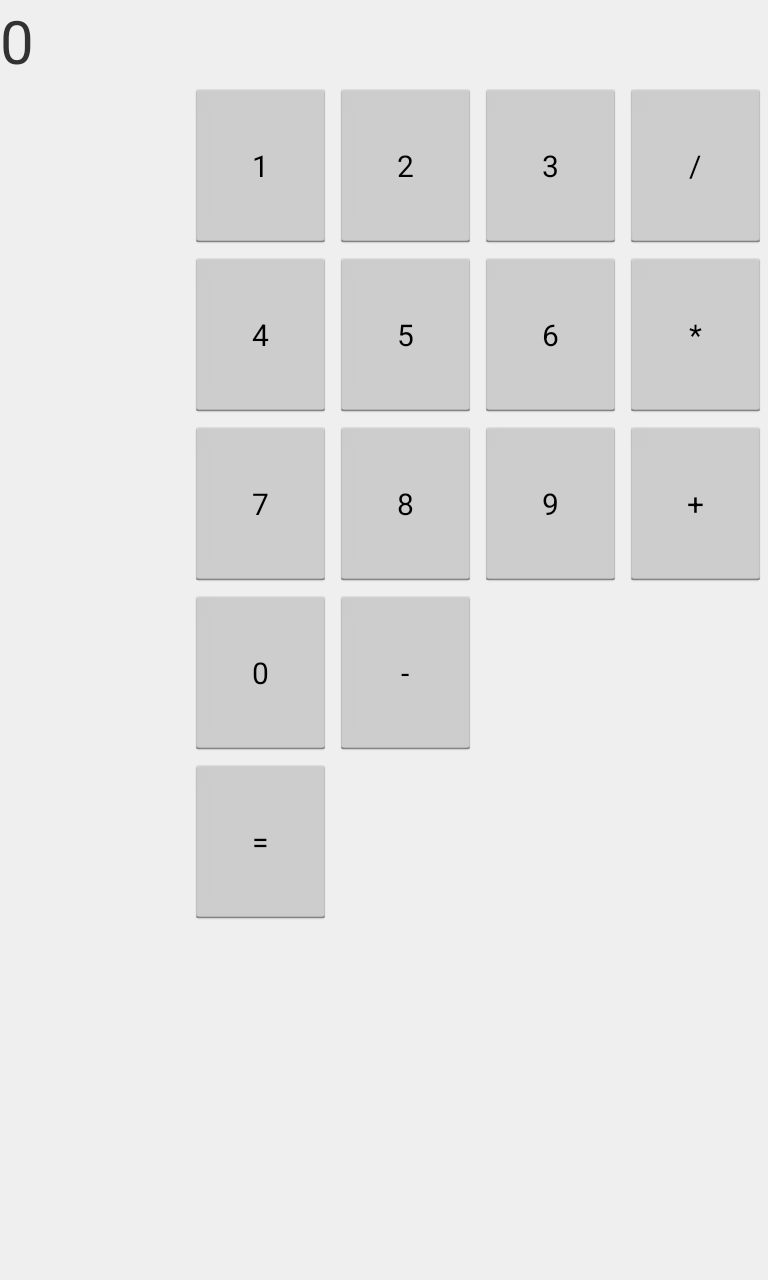
Repository: mariofer82/Calculadora
Layout: Aplicacion1/res/layout/activity_main.xml
An editor plug-in stored every save of this project. The layout is shown before and after the next save, followed by the edit.
It is drawn on a 768 x 1280 px phone screen (xhdpi) without system bars, with theme AppTheme; the app's code is not run.

Above is the layout before, as saved 2013-08-23 17:13:11.

### Aplicacion1/res/layout/activity_main.xml
<LinearLayout xmlns:android="http://schemas.android.com/apk/res/android"
android:orientation="vertical"
android:layout_width="fill_parent"
android:layout_height="fill_parent"
android:background="#1111"
>

<TextView
android:id="@+id/Resultado"
android:textSize="30sp"
android:layout_width="fill_parent"
android:layout_height="wrap_content"
android:text="0"
/>

<TableLayout xmlns:android="http://schemas.android.com/apk/res/android"
android:layout_width="fill_parent"
android:layout_height="fill_parent"
android:stretchColumns="1"
>
<TableRow>
<Button
android:layout_column="4"
android:id="@+id/Boton1"
android:layout_width="wrap_content"
android:layout_height="wrap_content"
android:text="1"
android:textSize="15dp"
android:padding="32dp"
>
</Button>
<Button
android:layout_column="4"
android:id="@+id/Boton2"
android:layout_width="wrap_content"
android:layout_height="wrap_content"
android:text="2"
android:textSize="15dp"
android:padding="32dp"
>


</Button>
<Button
android:layout_column="4"
android:id="@+id/Boton3"
android:layout_width="wrap_content"
android:layout_height="wrap_content"
android:text="3"
android:textSize="15dp"
android:padding="32dp"

>

</Button>
<Button
android:layout_column="4"
android:id="@+id/Botondiv"
android:layout_width="wrap_content"
android:layout_height="wrap_content"
android:text="/"
android:textSize="15dp"
android:padding="32dp"
>

</Button>
</TableRow>
<TableRow>
<Button
android:layout_column="4"
android:id="@+id/Boton4"
android:layout_width="wrap_content"
android:layout_height="wrap_content"
android:text="4"
android:textSize="15dp"
android:padding="32dp"

>

</Button>
<Button
android:layout_column="4"
android:id="@+id/Boton5"
android:layout_width="wrap_content"
android:layout_height="wrap_content"
android:text="5"
android:textSize="15dp"
android:padding="32dp"

>

</Button>
<Button
android:layout_column="4"
android:id="@+id/Boton6"
android:layout_width="wrap_content"
android:layout_height="wrap_content"
android:text="6"
android:textSize="15dp"
android:padding="32dp"

>

</Button>
<Button
android:layout_column="4"
android:id="@+id/Botonmulti"
android:layout_width="wrap_content"
android:layout_height="wrap_content"
android:text="*"
android:textSize="15dp"
android:padding="32dp"

>

</Button>
</TableRow>
<TableRow>
<Button
android:layout_column="4"
android:id="@+id/Boton7"
android:layout_width="wrap_content"
android:layout_height="wrap_content"
android:text="7"

android:textSize="15dp"
android:padding="32dp"
>

</Button>

<Button
android:layout_column="4"
android:id="@+id/Boton8"
android:layout_width="wrap_content"
android:layout_height="wrap_content"
android:text="8"
android:textSize="15dp"
android:padding="32dp"

>

</Button>
<Button
android:layout_column="4"
android:id="@+id/Boton9"
android:layout_width="wrap_content"
android:layout_height="wrap_content"
android:text="9"
android:textSize="15dp"
android:padding="32dp"

>

</Button>
<Button
android:layout_column="4"
android:id="@+id/Botonsuma"
android:layout_width="wrap_content"
android:layout_height="wrap_content"
android:text="+"
android:textSize="15dp"
android:padding="32dp"
>

</Button>
</TableRow>
<TableRow>
<Button
android:layout_column="4"
android:id="@+id/Boton0"
android:layout_width="wrap_content"
android:layout_height="wrap_content"
android:text="0"
android:textSize="15dp"
android:padding="32dp"
>

</Button>

<Button
android:layout_column="4"
android:id="@+id/Botonresta"
android:layout_width="wrap_content"
android:layout_height="wrap_content"
android:text="-"
android:textSize="15dp"
android:padding="32dp"
>

</Button>

</TableRow>


<TableRow>


<Button
android:layout_column="4"
android:id="@+id/Botonigual"
android:layout_width="wrap_content"
android:layout_height="wrap_content"
android:text="="
android:textSize="15dp"
android:padding="32dp"
>

</Button>


</TableRow>
</TableLayout>
</LinearLayout>

Loaded but not shown: Aplicacion1/res/values/styles.xml (common file); Aplicacion1/res/values-v11/styles.xml (common file); Aplicacion1/res/values-v14/styles.xml (common file)

After the next save:
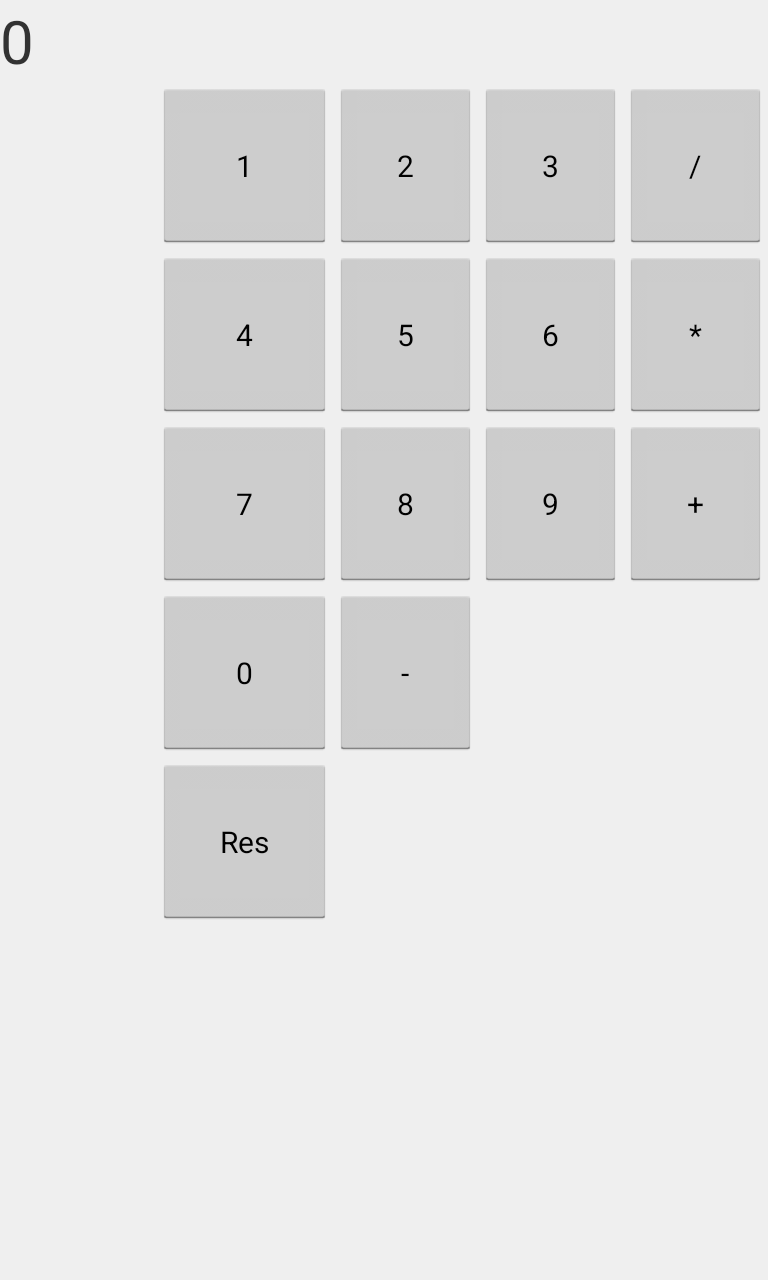
Saved 112 s later.
--- a/Aplicacion1/res/layout/activity_main.xml
+++ b/Aplicacion1/res/layout/activity_main.xml
@@ -19,15 +19,16 @@ android:layout_height="fill_parent"
 android:stretchColumns="1"
 >
 <TableRow>
-<Button
-android:layout_column="4"
-android:id="@+id/Boton1"
-android:layout_width="wrap_content"
-android:layout_height="wrap_content"
-android:text="1"
-android:textSize="15dp"
-android:padding="32dp"
->
+
+<Button
+    android:id="@+id/Boton1"
+    android:layout_width="wrap_content"
+    android:layout_height="wrap_content"
+    android:layout_column="4"
+    android:padding="32dp"
+    android:text="1"
+    android:textSize="15dp" >
+
 </Button>
 <Button
 android:layout_column="4"
@@ -201,7 +202,7 @@ android:layout_column="4"
 android:id="@+id/Botonigual"
 android:layout_width="wrap_content"
 android:layout_height="wrap_content"
-android:text="="
+android:text="Res"
 android:textSize="15dp"
 android:padding="32dp"
 >
